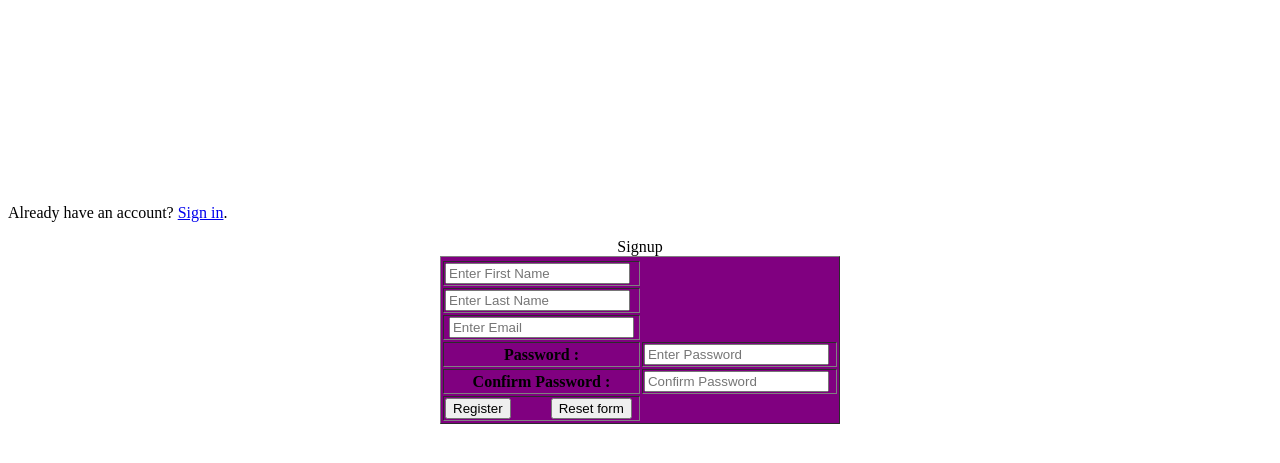
Repository: 1919satya/Mode2
Page: sample/sample/WebContent/sample.html
The author's editor kept a copy of each file at every save. The page is drawn from the files as they stood at one save, then again after the next save.
The browser window is 1280 px wide. The pictures show the whole page.

Above is the page before, as saved 2019-10-10 13:03:00.

After the next save:
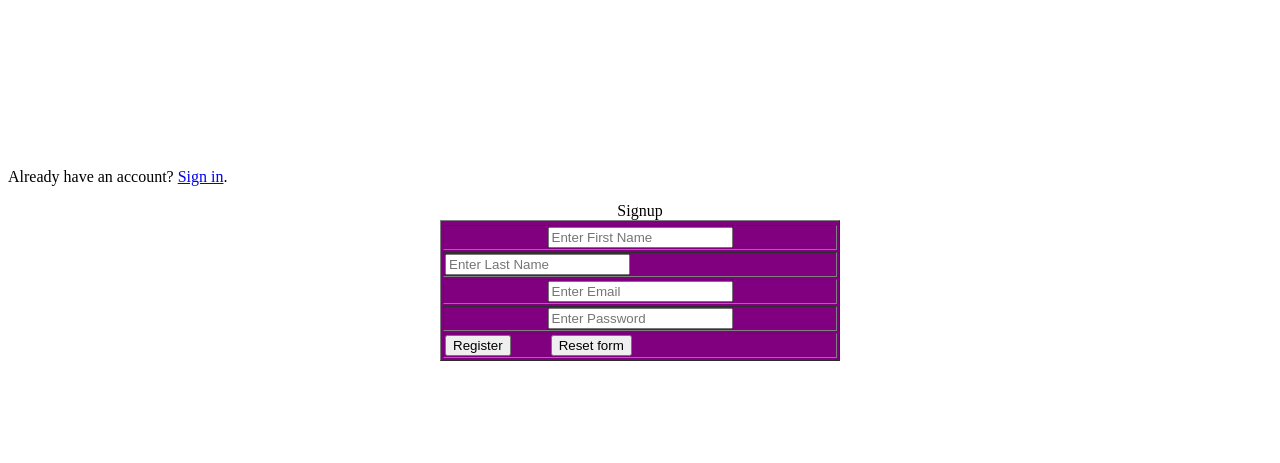
Saved 50 s later.
--- a/sample/sample/WebContent/sample.html
+++ b/sample/sample/WebContent/sample.html
@@ -13,7 +13,7 @@
   <tr>
     <caption>Signup</caption>
 
-   <td><input type="text" placeholder="Enter First Name" name="firstName"  required></td><br/><br/>
+   <th><input type="text" placeholder="Enter First Name" name="firstName"  required></th><br/><br/>
    </tr>
 
    <tr>
@@ -27,14 +27,11 @@
    </tr>
 
 <tr>
-    <th>Password :</th>
-    <td><input type="password" placeholder="Enter Password" name="psw" required></td> <br/><br/>
+
+    <th><input type="password" placeholder="Enter Password" name="psw" required></th> <br/><br/>
     </tr>
 
-    <tr>
-    <th>Confirm Password :</th>
-    <td><input type="password" placeholder="Confirm Password" name="psw-repeat" required></td> <br/><br/>
-   </tr>
+
    <tr>
    <center>
     <td><button type="submit" class="registerbtn">Register</button>
